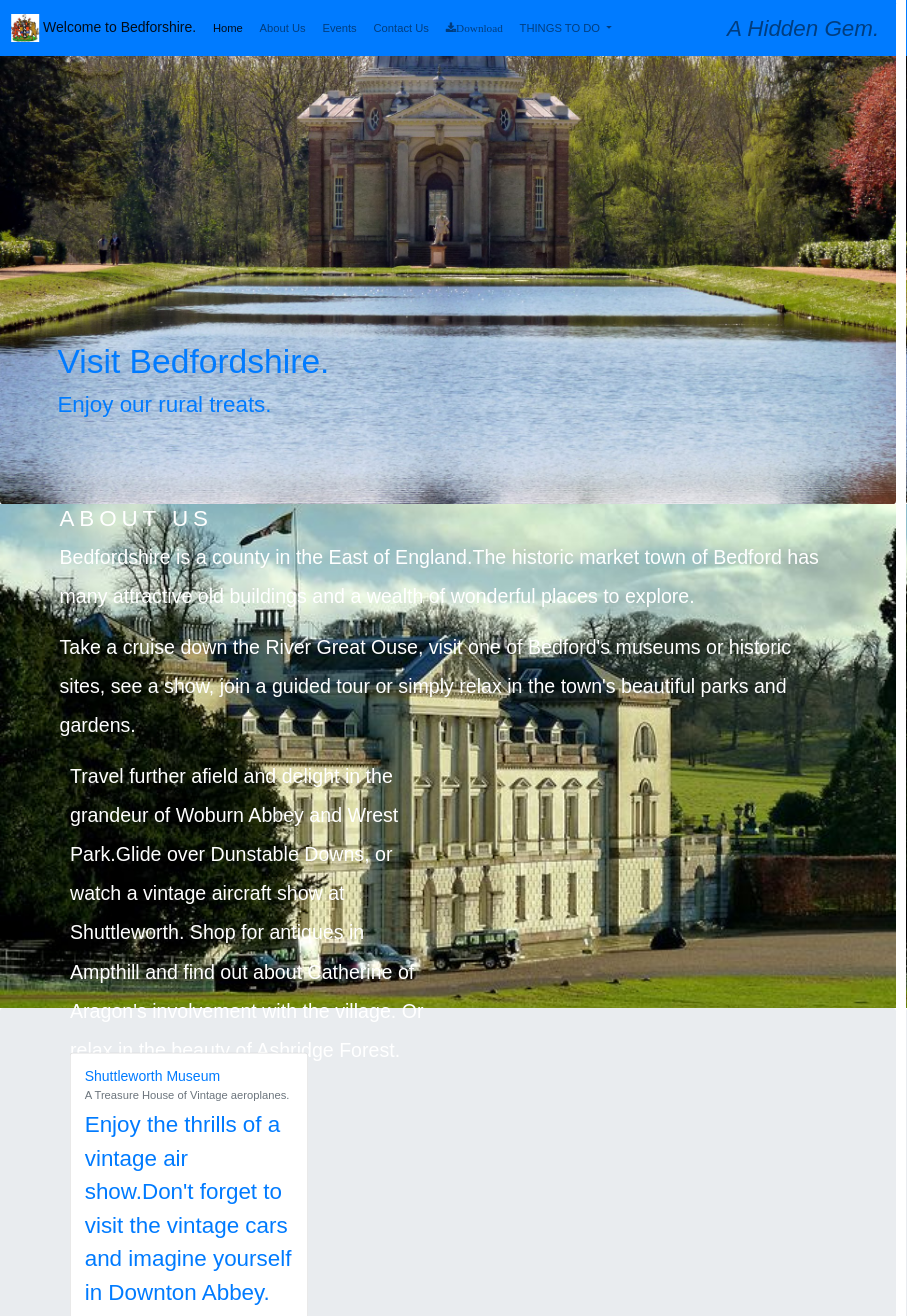
Repository: margaretalice/wrest
Page: index.html
The author's editor kept a record of every edit. The page is drawn from the files as they stood at one moment, then again after the next edit.
The browser window is 1280 px wide. The page is 1295 px wide, so the pictures cover 1295 px, including what lies to the right of the window. The pictures show the part of the page from y = 0 to 1880 px (the page is 5794 px tall), at 70% of full size.
Backgrounds fixed to the window are drawn as part of the page.

Above is the page before.

### index.html

   <!DOCTYPE html>
<html lang="en">

<head>
    <meta charset="UTF-8">
    <meta name="viewport" content="width=device-width, initial-scale=1.0">
    <meta http-equiv="X-UA-Compatible" content="ie=edge">
    <link rel="stylesheet" href="https://maxcdn.bootstrapcdn.com/bootstrap/4.1.3/css/bootstrap.min.css" type="text/css" />
    <link rel="stylesheet" href="https://stackpath.bootstrapcdn.com/font-awesome/4.7.0/css/font-awesome.min.css" type="text/css" />
    <link rel="stylesheet" href="https://cdnjs.cloudflare.com/ajax/libs/hover.css/2.3.1/css/hover-min.css" type="text/css" />
    <link rel="stylesheet" href="assets/css/style.css" type="text/css" />

    <title>Bedfordshire:a county of surprises</title>
</head>
    <body>
       <header class="jumbotron" id="landing-view">


    <nav class="navbar navbar-light navbar-expand-sm bg-primary navbar-light fixed-top">

        <a href="/" class="navbar-brand">
            <img src="bedfordshire-coat-arms.jpg" alt="logo" style="width:40px;">

                   Welcome to Bedforshire. </a>



        <button class="navbar-toggler ml-auto" type="button" data-toggle="collapse" data-target="#navbarNavDropdown" aria-controls="navbarNavDropdown" aria-expanded="false" aria-label="Toggle navigation">

        <span class="navbar-toggler-icon"></span></button>



        <div class="collapse navbar-collapse" id="navbarNavDropdown">

            <ul class="navbar-nav mr-auto">

                <li class="active nav-item mr-2"><a class="nav-link" href="/">Home</a></li>

                <li class="nav-item mr-2"><a class="nav-link" href="">About Us</a></li>

                <li class="nav-item mr-2"><a class="nav-link" href="">Events</a></li>

                <li class="nav-item mr-2"><a class="nav-link" href="">Contact Us</a></li>
                 <li class="nav-item mr-2"><a class="nav-link" href=""><i class="fa fa-download" aria-hidden="true"><span>Download</span></i></a></li>

                <li class="nav-item dropdown">

                    <a class="nav-link dropdown-toggle" href="#" id="navbarDropdownMenuLink" role="button" data-toggle="dropdown" aria-haspopup="true" aria-expanded="false">

        THINGS TO DO

        </a>

                    <div class="dropdown-menu" aria-labelledby="navbarDropdownMenuLink">

                        <a class="dropdown-item" href="#">FOOD & DRINK</a>

                        <a class="dropdown-item" href="#">SHOPPING</a>

                        <a class="dropdown-item" href="#">ACCOMODATION</a>

                        <a class="dropdown-item" href="#">CONFERENCES</a>

                    </div>

                </li>




            </ul>

        </div>

        <div class="d-none d-md-block">

            <p class="navbar-text my-auto mr-2"><i>A Hidden Gem.</i></p>



        </div>

        <!--</div>-->
        </nav>
                <div class="container top">

                <h1 class='name'>Visit Bedfordshire.</h1>

                <p class='title'>Enjoy our rural treats.</p>

            </div>
        </header>


    <section id="info">

        <div class="container about-row">

            <div class="row" id='about'>

                <h2>About Us</h2>

            </div>
            <div>


                <p class='about-p'>Bedfordshire is a county in the East of England.The historic market town of Bedford has many attractive old buildings and a wealth of wonderful places to explore.</p>

                <p class='about-p hidden-sm'>Take a cruise down the River Great Ouse, visit one of Bedford's museums or historic sites, see a show, join a guided tour or simply relax in the town's beautiful parks and gardens.</P>
                </div>
                <div>
                     <div class="col-xs-hidden col-sm-6">




                <p class='about-p'col-sm-hidden >Travel further afield and delight in the grandeur of Woburn Abbey and Wrest Park.Glide over Dunstable Downs, or watch a vintage aircraft show at Shuttleworth. Shop for antiques in Ampthill and find out about Catherine of Aragon's involvement
                    with the village. Or relax in the beauty of Ashridge Forest.</P>

            </div>
            </div>



    </section>
     <section class="jumbotron"  id="event">

        <div class="container scroll-work" >

            <div class="col-xs-6 col-sm-4 project-cards">
                  <div class="card">
  <div class="card-body">



    <h5 class="card-title">Shuttleworth Museum</h5>
    <h6 class="card-subtitle mb-2 text-muted">A Treasure House of Vintage aeroplanes.</h6>
    <p class="card-text">Enjoy the thrills of a vintage air show.Don't forget to visit the vintage cars and imagine yourself in Downton Abbey.</p>
      <a href="https://www.shuttleworth.org/events/airshows/" class="btn btn-primary">Read More</a>


  </div>
</div>
  </div>
</div>









            <div class="col-xs-6 col-sm-4 project-cards">

                <div class="card">

                    <div class="card-body">

                        <h5 class="card-title">Herrings Green</h5>

                        <h6 class="card-subtitle mb-2 text-muted">Farm activities for the family. </h6>

                        <p class="card-text">Children will be fascinated by the bird of prey displays. Ride on tractors, visit the pony boutique, or meet the alpacas.</p>

                        <div class="row">
                              <a href="http://birdsofpreycentre.co.uk/things-to-do/" class="btn btn-primary">Read More</a>




                        </div>

                    </div>

                </div>

            </div>

            <div class="col-xs-6 col-sm-4 project-cards">

                <div class="card">

                    <div class="card-body">

                        <h5 class="card-title">Come to Whipsnade Zoo.</h5>

                        <h6 class="card-subtitle mb-2 text-muted">A Safari Park dedicated to the conservation of animals.</h6>

                        <p class="card-text">Have a wild day out at the Hullabazoo Adventure Playground. Ride the jumbo express around the zoo.Enjoy excellent food and drink.</p>

                        <div class="row">
                              <a href= "https://www.zsl.org/zsl-whipsnade-zoo/visitor-information"  class="btn btn-primary">Read More</a>




                        </div>

                    </div>

                </div>

            </div>


            <div class="col-xs-6 col-sm-4 project-cards">

                <div class="card">

                    <div class="card-body">

                        <h5 class="card-title">Aquasana Spa</h5>

                        <h6 class="card-subtitle mb-2 text-muted">Re-energise yourself at a spa in the heart of a forest.</h6>

                        <p class="card-text">Spend a day or as long as you want in the Blossom spa, the Fire and Ice spa, or the Herbal and Sensory spas.</p>

                        <div class="row">
                            <a href="https://www.aquasana.co.uk/spa-locations/woburn-forest/spa-experience-rooms.html" class="btn btn-primary">Read More</a>






                        </div>

                    </div>

                </div>

            </div>



            <div class="col-xs-6 col-sm-4 project-cards">

                <div class="card">

                    <div class="card-body">

                        <h5 class="card-title">Ampthill Park.</h5>

                        <h6 class="card-subtitle mb-2 text-muted">Take part in the many events held in Ampthill park.</h6>

                        <p class="card-text">Visit the home of Catherine of Aragon. Rumour has it that her ghost can be seen at twilight!</p>

                        <div class="row">
                             <a href= "https://en.wikipedia.org/wiki/Ampthill_Park" class="btn btn-primary">Read More</a>






                        </div>

                    </div>

                </div>

            </div>


            <div class="col-xs-6 col-sm-4 project-cards">

                <div class="card">

                    <div class="card-body">

                        <h5 class="card-title">Hitchin Lavender</h5>

                        <h6 class="card-subtitle mb-2 text-muted">A Treat for all the Senses.</h6>

                        <p class="card-text">Pick your own lavender then indulge in homemade cake in the seventeenth century barn.</p>

                        <div class="row">
                             <a href="https://hitchinlavender.com/" class="btn btn-primary">Read More</a>



                        </div>

                    </div>

                </div>

            </div>




            <div class="col-xs-6 col-sm-4 project-cards">

                <div class="card">

                    <div class="card-body">


                        <h5 class="card-title">Twinwoods Adventure Center.</h5>

                        <h6 class="card-subtitle mb-2 text-muted">Try a wide range of exciting activities.</h6>

                        <p class="card-text">Go skydiving, indoor surfing, archery or jump off the top of a building (safely!)</p>


                        <div class="row">
                             <a href="https://twinwoodsadventure.com/" class="btn btn-primary">Read More</a>




                        </div>

                    </div>

                </div>

            </div>
            </section>










    <section class="section" id="find">
        <div class="container">


            <div class="row"id="title">
                <div class="col-md-8">
                <h2>FIND US</h2>
                </div>
                </div>
                </div>




          <div class="row" id="findus">
              <div class="col-md-8">
            <p class="section-paragraph">Bedfordshire is easy to reach by car, and public transport.</p>
            <p class="section-paragraph"> We are located between the A1 and M1 and are well served by the A421 dual carriageway, which links the two major roads as well as the A6 and A428.</p>
            <p class="section-paragraph">Bedfordshire is served by Thameslink, East Midlands and the Marston Vale Line.</p>

       </div>
       </div>



              <aside>
                  <div class="row" id="astitle">
                      <div class="col-md-4">

                <h3> The County of Bedfordshire.</h3>
                </div>
                <div class="row"  id="asidepara"
                <div class= "col-md-4">
                <p>Use the map to locate different venues.</p>
                </div>
                </div>
                <div class="image">
                <img src="guide.jpg" alt="map" height=100 width=100>
                </div>
                </div>

          </aside>








    </section>



    <!--*****CONTACT*****-->

    <section class="jumbotron scroll" id="contact">

        <div class="container">

            <div class="col-sm-6"></div>

            <div class="col-xs-12 col-sm-6 contact-form">
                <div class="input"></div>

                <h2 id="contact-head">Contact Us</h2>

                <form id='contact-form'>

                    <div class="row contact">

                        <div class="form-group">

                            <input type="text" class="form-control" id="exampleInputName" name='Name' placeholder="Name" required>

                        </div>

                    </div>

                    <div class="row contact">

                        <div class="form-group">

                            <input type="text" class="form-control" id="exampleInputPhone" name='Phone' placeholder="Phone" required>

                        </div>

                    </div>

                    <div class="row contact">

                        <div class="form-group">

                            <input type="email" class="form-control" id="exampleInputEmail1" name='Email' placeholder="Email" required>

                        </div>

                    </div>

                    <div class="row contact">

                        <div class="form-group message">

                            <textarea class="form-control" name="message" rows="6" placeholder="Message" required></textarea>

                        </div>

                    </div>

                    <input type="submit" value='Send' class="btn btn-default">

                </form>

            </div>

        </div>

<div class="alert alert-warning id="alert" role="alert">
  Be the first to know about events and discounted ticket prices!
</div>

    </section>

    <!--*****FOOTER******-->

    <footer>

        <div class="container">

            <div class="row foot id="foot">

                <div class="col-xs-12 col-sm-12 icons">

                    <a href=https://www.facebook.com/bedfordnews target="_blank"><i class="fa fa-facebook"></i></a>

                    <a href"=https://www.instagram.com/explore/tags/bedfordshire/ target="_blank"><i class="fa fa-instagram"></i></a>

               <a  href=""><i class="fa fa-download" aria-hidden="true"><span>Download</span></i></a></li>

                    <a href="https://twitter.com/bedfordnewstarget="_blank"><i class="fa fa-twitter"></i></a>

                </div>

            </div>

        </div>

    </footer>







 <script src="https://code.jquery.com/jquery-3.3.1.slim.min.js" integrity="sha384-q8i/X+965DzO0rT7abK41JStQIAqVgRVzpbzo5smXKp4YfRvH+8abtTE1Pi6jizo" crossorigin="anonymous"></script>

    <script src="https://cdnjs.cloudflare.com/ajax/libs/popper.js/1.14.3/umd/popper.min.js" integrity="sha384-ZMP7rVo3mIykV+2+9J3UJ46jBk0WLaUAdn689aCwoqbBJiSnjAK/l8WvCWPIPm49" crossorigin="anonymous"></script>

    <script src="https://stackpath.bootstrapcdn.com/bootstrap/4.1.3/js/bootstrap.min.js" integrity="sha384-ChfqqxuZUCnJSK3+MXmPNIyE6ZbWh2IMqE241rYiqJxyMiZ6OW/JmZQ5stwEULTy" crossorigin="anonymous"></script>



</body>
</html>

### assets/css/style.css
body {



    font-family: 'Nobile', sans-serif;
   color: rgba(0, 123, 255, 1);

}

#landing-view {

    background-attachment: fixed;

    background-image: url('../images/wrest-park-bedfordshire.jpg');

    background-position: bottom;

    background-size: cover;

    height: 100vh;

    width: 100vw;

    margin-bottom: 0px;

    z-index: 1;

}

.top {

    padding-left: 12px;

    margin-top:12%;

}



h1 {

    padding-top:25%;


    font-size: 3em;
   color: rgba(0, 123, 255, 1);
    transition:ease-in-out 2s;


}













.jumbotron p {

    font-size: 2em;
 color: rgba(0, 123, 255, 1);
    transition:ease-in-out 2s;


}
.about-row {

    padding-bottom: 5%;

    font-size: 1.75em;

    line-height: 2;
    color:#ffffff;

}



h2 {

    margin-left: 15px;

    margin-top: 15%;

    letter-spacing: 7px;

    text-transform: uppercase;

}



.about-row .aboutp {

    font-size:0.8em;

    margin: 0 auto;
    color:#ffffff;
    line-height:0.5;

}


#info{
   height: 100vh;



    background: url('../images/Woburn Abbey.jpg') no-repeat center center fixed;

    -webkit-background-size: cover;

    -moz-background-size: cover;

    -o-background-size: cover;

    background-size: cover;



    display: flex;

    align-items: center;

    justify-content: center;
}

After the next edit:
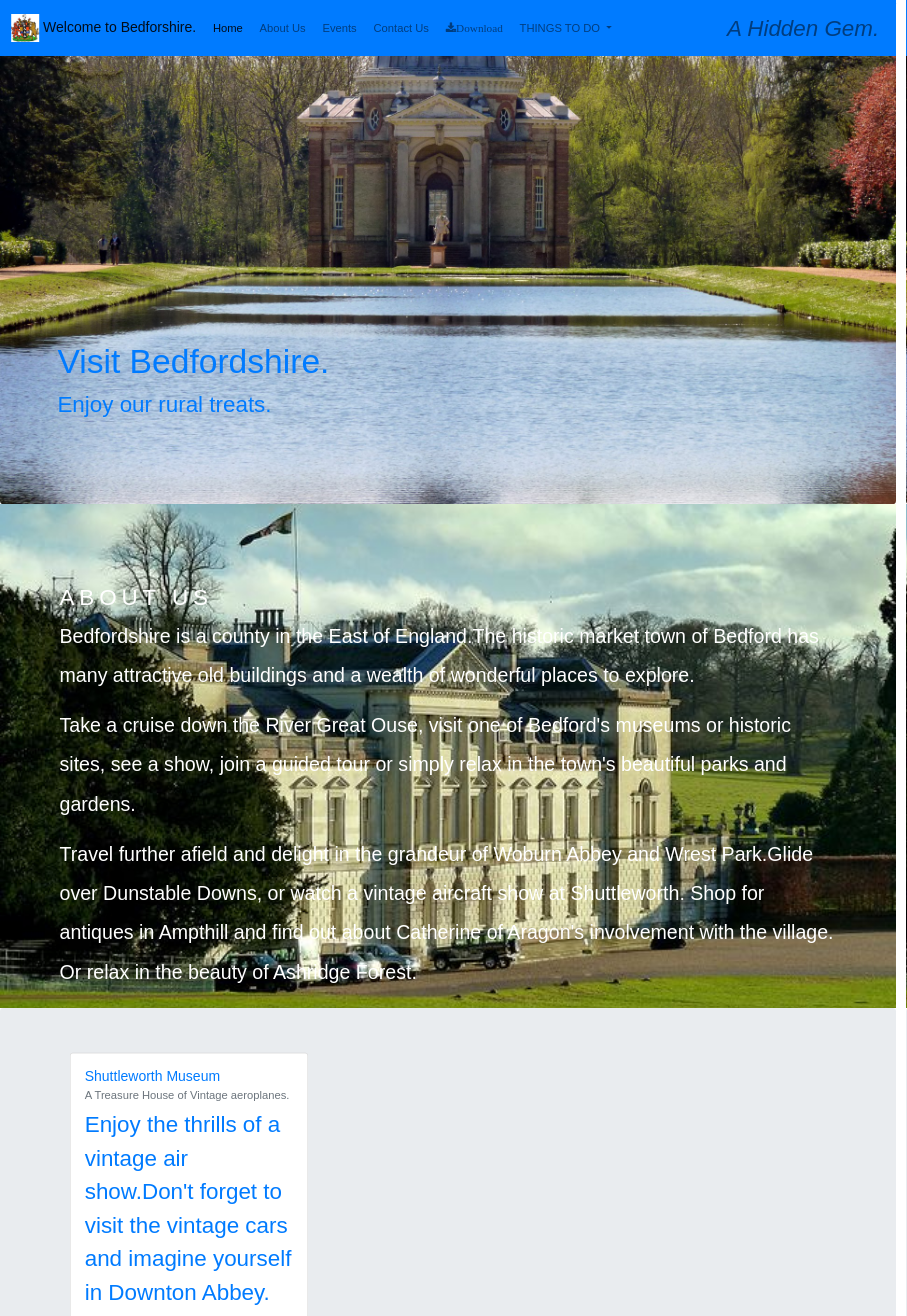
The edit:
--- a/index.html
+++ b/index.html
@@ -111,7 +111,7 @@
                 <p class='about-p hidden-sm'>Take a cruise down the River Great Ouse, visit one of Bedford's museums or historic sites, see a show, join a guided tour or simply relax in the town's beautiful parks and gardens.</P>
                 </div>
                 <div>
-                     <div class="col-xs-hidden col-sm-6">
+
 
 
 
